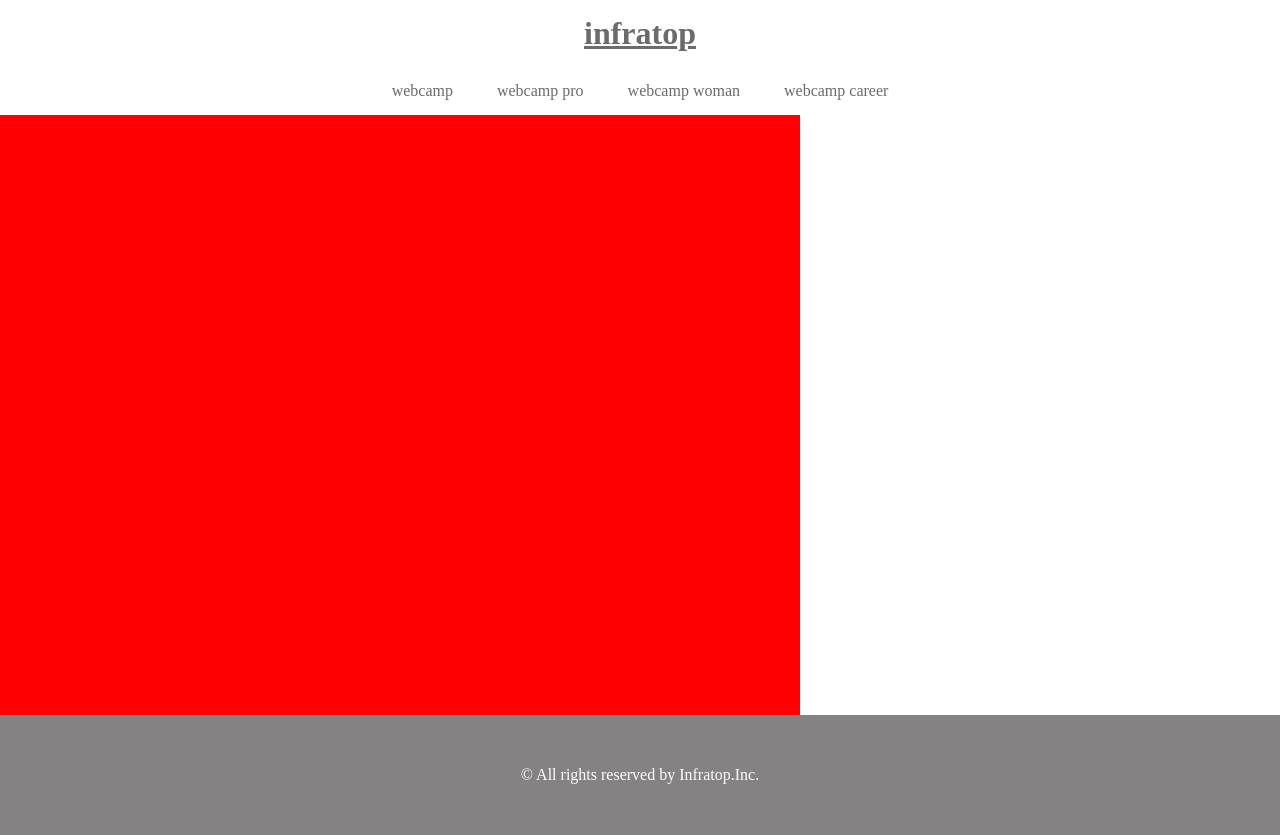
Repository: pureforest/html
Page: chapter5/5.html
The author's editor kept a record of every edit. The page is drawn from the files as they stood at one moment, then again after the next edit.
The browser window is 1280 px wide. The pictures show the whole page.

Above is the page before.

After the next edit:
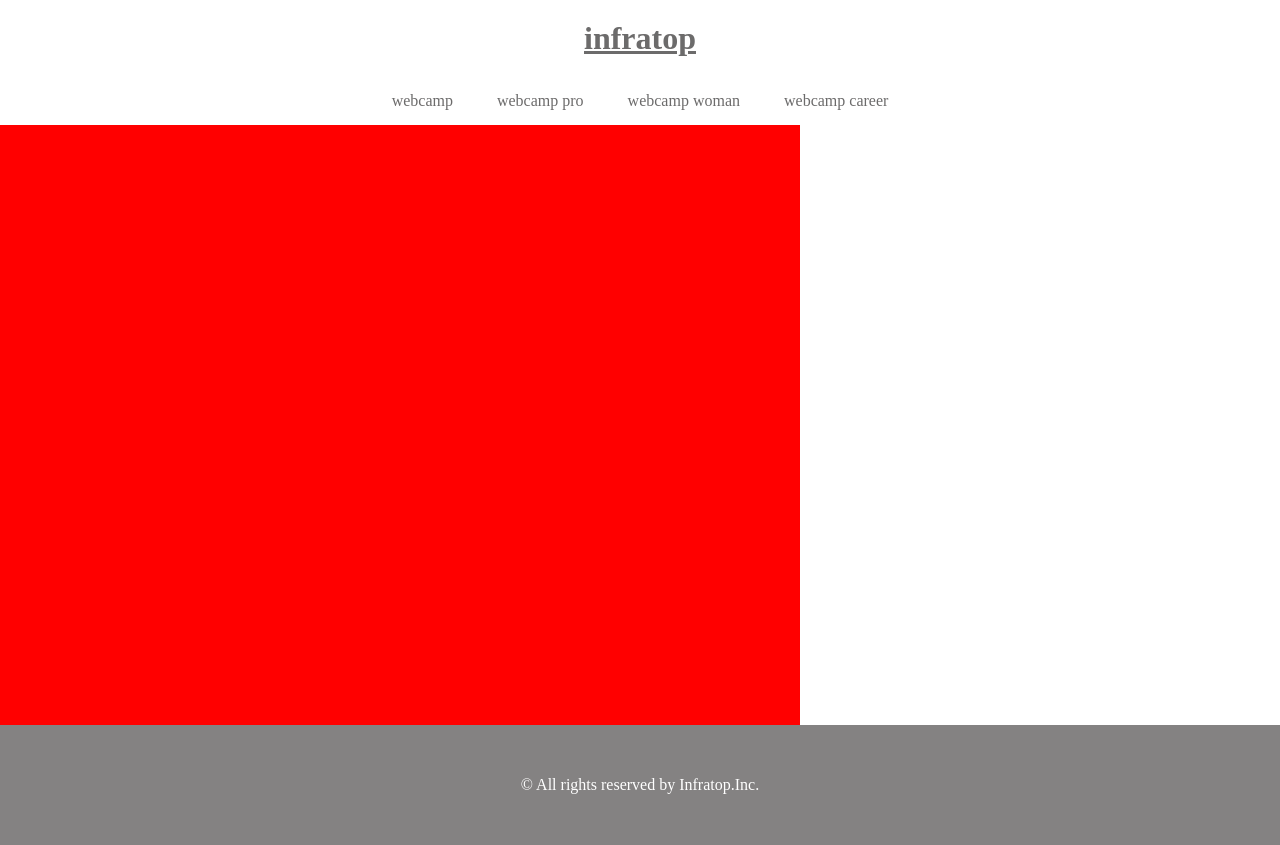
The edit:
--- a/chapter5/style5.css
+++ b/chapter5/style5.css
@@ -7,7 +7,7 @@
 
 header{
   width: 90%;
-  padding: 15px 0;
+  padding: 20px 0;
   margin: 0 auto;
   text-align: center;
 }
